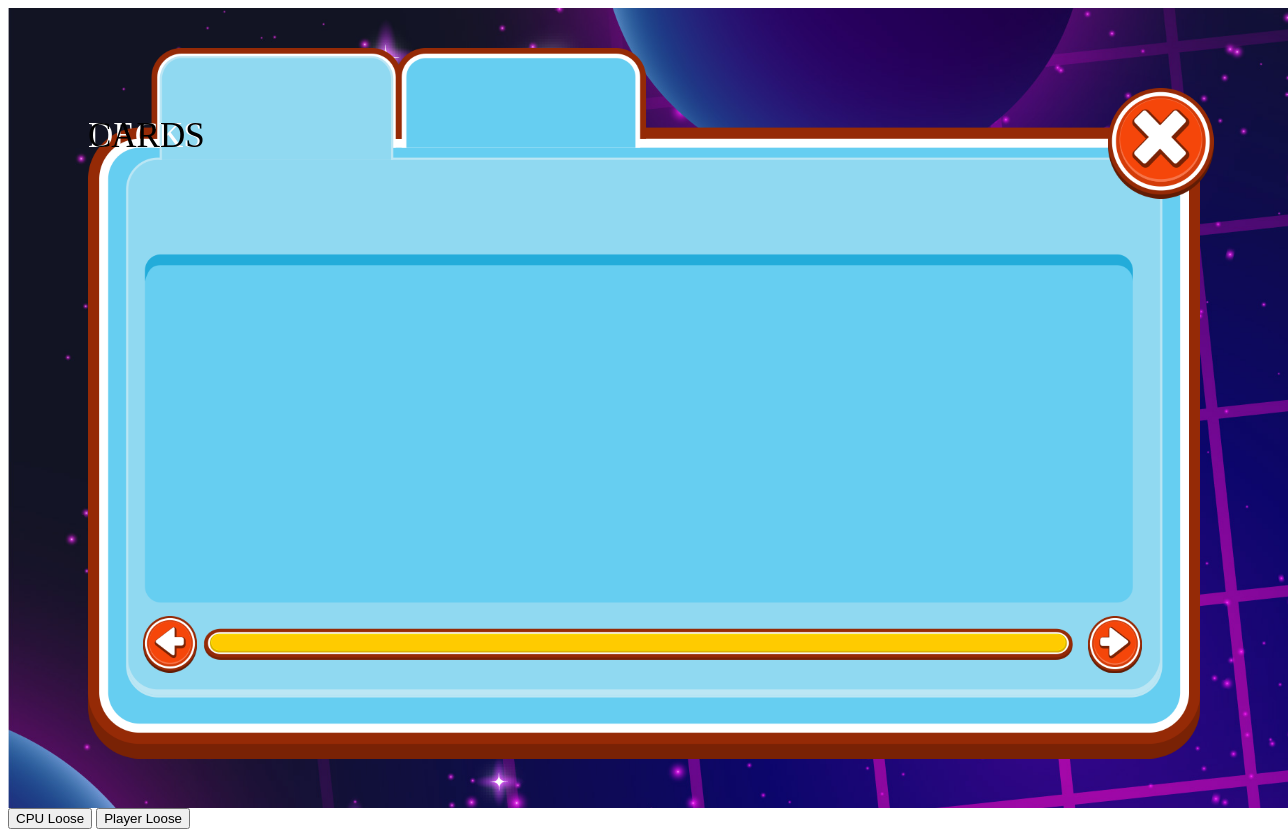
Repository: getvoiceagency/html5
Page: progress.html
The author's editor kept a record of every edit. The page is drawn from the files as they stood at one moment, then again after the next edit.
The browser window is 1280 px wide. The page is 1288 px wide, so the pictures cover 1288 px, including what lies to the right of the window. The pictures show the whole page.
Some web fonts or font styles are not loaded; a fallback is used. Some web libraries are served in a nearby version.

Above is the page before.

### progress.html
<html>
    <head>
        <title> </title>
        <script src="BattleCards.js"></script>
        <script src="https://cdnjs.cloudflare.com/ajax/libs/pixi.js/4.5.1/pixi.min.js"></script>
        <script src="https://cdnjs.cloudflare.com/ajax/libs/gsap/2.1.3/TweenMax.min.js"></script>
        <script src="https://cdnjs.cloudflare.com/ajax/libs/howler/2.1.2/howler.js"></script>
        <script src="https://cdnjs.cloudflare.com/ajax/libs/gsap/2.1.3/plugins/PixiPlugin.min.js"></script>
    </head>
     <style>
@import url('https://fonts.googleapis.com/css?family=McLaren&display=swap');
</style>
    <body>

<script>

/*global PIXI*/

//Render the main view
var renderer = PIXI.autoDetectRenderer(1280, 800,{});
    document.body.appendChild(renderer.view);

 // // Load the google fonts before starting...!
    window.WebFontConfig = {
        google: {
        families: ['McLaren',]
    },


};

// include the web-font loader script
/* jshint ignore:start */
       (function() {
        var wf = document.createElement('script');
        wf.src = ('https:' === document.location.protocol ? 'https' : 'http') +
        '://ajax.googleapis.com/ajax/libs/webfont/1/webfont.js';
        wf.type = 'text/javascript';
        wf.async = 'true';
        var s = document.getElementsByTagName('script')[0];
        s.parentNode.insertBefore(wf, s);
})();


    var  progress = new PIXI.Container();

    var container = new PIXI.Container();

// set container
//Set background
    progress.addChild(container);
    var landscapeTexture = PIXI.Texture.fromImage('2613089.jpg');
    var background = new PIXI.Sprite(landscapeTexture);

//Background to stage
    progress.addChild(background);

// Background positions
    background.anchor.x = 0;
    background.anchor.y = 0;
    background.position.x = 0;
    background.position.y = 0;
    background.scale.x =0.7;
    background.scale.y =0.7;

//construct the images
{
// menu-ui
         { var deckUi = PIXI.Sprite.fromImage('deck ui.png');
container.addChild(deckUi);
    }
    { var cancelUi = PIXI.Sprite.fromImage('cancel.png');
container.addChild(cancelUi);
    }

    { var arrowLeftUi = PIXI.Sprite.fromImage('arrow left.png');
container.addChild(arrowLeftUi);
    }

    { var arrowRightUi = PIXI.Sprite.fromImage('arrow right.png');
container.addChild(arrowRightUi);
    }

}

// Construct the text

 var cardText = new PIXI.Text('CARDS', { font: '35px McLaren', fill: 'black', align: 'center' });
var deckText = new PIXI.Text('DECKS', { font: '35px McLaren', fill: 'white', align: 'center' });


// set container
    container.x = 34;
    container.y = 10;

    //Position the menu
    deckUi.anchor.x = 0;
    deckUi.anchor.y = 0;
    deckUi.position.x = 80;
    deckUi.position.y = 40;
    deckUi.scale.x = 0.7;
    deckUi.scale.y = 0.7;

    //position cancel
    cancelUi.anchor.x = 0;
    cancelUi.anchor.y = 0;
    cancelUi.position.x = 1100;
    cancelUi.position.y = 80;
    cancelUi.scale.x = 0.7;
    cancelUi.scale.y = 0.7;

    //position arrow left
    arrowLeftUi.anchor.x = 0;
    arrowLeftUi.anchor.y = 0;
    arrowLeftUi.position.x = 135;
    arrowLeftUi.position.y = 608;
    arrowLeftUi.scale.x = 0.7;
    arrowLeftUi.scale.y = 0.7;

    // possition arrow right
    arrowRightUi.anchor.x = 0;
    arrowRightUi.anchor.y = 0;
    arrowRightUi.position.x = 1080;
    arrowRightUi.position.y = 608;
    arrowRightUi.scale.x = 0.7;
    arrowRightUi.scale.y = 0.7;


        // possition arrow right
    cardText.anchor.x = 0;
    cardText.anchor.y = 0;
    cardText.position.x = 080;
    cardText.position.y = 108;
    cardText.scale.x = 1.0;
    cardText.scale.y = 1.0;


        // possition arrow right
    deckText.anchor.x = 0;
    deckText.anchor.y = 0;
    deckText.position.x = 080;
    deckText.position.y = 108;
    deckText.scale.x = 1.0;
    deckText.scale.y = 1.0;




    //Paint images to screen

    progress.addChild(deckUi);
    progress.addChild(cancelUi);
    progress.addChild(arrowLeftUi);
    progress.addChild(arrowRightUi);
    progress.addChild(deckText);
    progress.addChild(cardText);


// start animating
    animate();

    function animate() {



    requestAnimationFrame(animate);

    // render the root container
    renderer.render(progress);
}
</script>


</body>
<button id="cpuLoose">CPU Loose</button>
<button id="playerLoose">Player Loose</button>



</html>

### BattleCards.js
"use strict";
//Player Card Stats
var plStar = 6;
var plHeart = 5;
var plDefence = 4;
var plBlue = 1;
var plOrange = 3;
var plGreen = 5;
var plHealth = 10;
var plTwistColour = "green";
//CPU card stats
var emStar = 8;
var emHeart = 6;
var emDefence = 5;
var emBlue = 3;
var emOrange = 4;
var emGreen = 6;
var emHealth = 10;
var emTwistColour = "green";
var plPower = 0;
var plTwist = 0;
var emPower = 0;
var emTwist = 0;
var plBonus = 0;
var emBonus = 0;
var winner = 0;
//Damage Mechanics
var dmgModel = 0;
var plResultPower = Math.max(plStar, plHeart, plDefence);
var plResultTwist = Math.max(plBlue, plOrange, plGreen);
var emResultPower = Math.max(emStar, emHeart, emDefence);
var emResultTwist = Math.max(emBlue, emOrange, emGreen);
if (plStar = plResultPower) {
    plPower = plResultPower;
    console.log(({ plPower: plPower }));
}
else if (plHeart = plResultPower) {
    plPower = plResultPower;
    console.log(({ plPower: plPower }));
}
else if (plDefence = plResultPower) {
    plPower = plResultPower;
    console.log(({ plPower: plPower }));
}
//Find which twist was the greater and add it's value to emTwist
if (plBlue = plResultTwist) {
    plTwist = plResultTwist;
    console.log(({ plTwist: plTwist }));
}
else if (plOrange = plResultTwist) {
    plTwist = plResultTwist;
    console.log(({ plTwist: plTwist }));
}
else if (plGreen = plResultTwist) {
    plTwist = plResultTwist;
    console.log(({ plTwist: plTwist }));
}
// CPU chooses
if (emStar = emResultPower) {
    emPower = emResultPower;
    console.log(({ emPower: emPower }));
}
else if (emHeart = emResultPower) {
    emPower = emResultPower;
    console.log(({ emPower: emPower }));
}
else if (emDefence = emResultPower) {
    emPower = emResultPower;
    console.log(({ emPower: emPower }));
}
//Find which twist was the greater and add it's value to emTwist
if (emBlue = emResultTwist) {
    emTwist = emResultTwist;
    console.log(({ emTwist: emTwist }));
}
else if (plOrange = emResultTwist) {
    emTwist = emResultTwist;
    console.log(({ emTwist: emTwist }));
}
else if (emGreen = emResultTwist) {
    emTwist = emResultTwist;
    console.log(({ emTwist: emTwist }));
}
//check for colours and add bonus to attack via plBonus
if (plTwistColour = "green", emTwistColour = "green") {
    plBonus = 2;
    emBonus = 1;
    console.log(({ emBonus: emBonus }));
}
else if (plTwistColour = "green", emTwistColour = "orange") {
    plBonus = 2;
    emBonus = 1;
    console.log(({ emTwist: emTwist }));
}
else if (plTwistColour = "green", emTwistColour = "blue") {
    plBonus = 2;
    emBonus = 1;
    console.log(({ emTwist: emTwist }));
}
else if (plTwistColour = "blue", emTwistColour = "blue") {
    plBonus = 2;
    emBonus = 1;
    console.log(({ emTwist: emTwist }));
}
else if (plTwistColour = "blue", emTwistColour = "orange") {
    plBonus = 2;
    emBonus = 1;
    console.log(({ emTwist: emTwist }));
}
else if (plTwistColour = "blue", emTwistColour = "green") {
    plBonus = 2;
    emBonus = 1;
    console.log(({ emTwist: emTwist }));
}
else if (plTwistColour = "orange", emTwistColour = "orange") {
    plBonus = 2;
    emBonus = 1;
    console.log(({ emTwist: emTwist }));
}
else if (plTwistColour = "orange", emTwistColour = "blue") {
    plBonus = 2;
    emBonus = 1;
    console.log(({ emTwist: emTwist }));
}
else if (plTwistColour = "orange", emTwistColour = "green") {
    plBonus = 2;
    emBonus = 1;
    console.log(({ emTwist: emTwist }));
}
// calculate based on card stats how much damage is done.
// calculate Attack Power
var plAttack = plPower + plTwist + plBonus;
var emAttack = emPower + emTwist + emBonus;
// Who has the highest attack power
if (plAttack > emAttack) {
    dmgModel = plAttack - emDefence;
    emHeart = emHeart - dmgModel;
    //if the card looses all health do 1dmg to cpu
    if (emHeart < 1) {
        emHealth = emHealth - 1;
        //sucky solution want booleen
        winner = 1;
    }
    // check cpu health for negative
    if (emHealth < 0) {
        emHealth = 0;
    }
    console.log(("Player won"));
}
else if (emAttack > plAttack) {
    dmgModel = emAttack - plDefence;
    plHeart = plHeart - dmgModel;
    if (plHeart < 1) {
        plHealth = plHealth - 1;
    }
    if (plHealth < 0) {
        plHealth = 0;
        winner = 2;
    }
    console.log(("CPU Won"));
}
else if (plAttack = emAttack) {
    console.log(("Draw"));
}
event;
//show me show me... lovely stats
console.log(({ plHealth: plHealth }));
console.log(({ emHealth: emHealth }));
console.log(({ plAttack: plAttack }));
console.log(({ emAttack: emAttack }));
console.log(({ dmgModel: dmgModel }));
console.log(({ plHeart: plHeart }));
console.log(({ emHeart: emHeart }));
//Console

After the next edit:
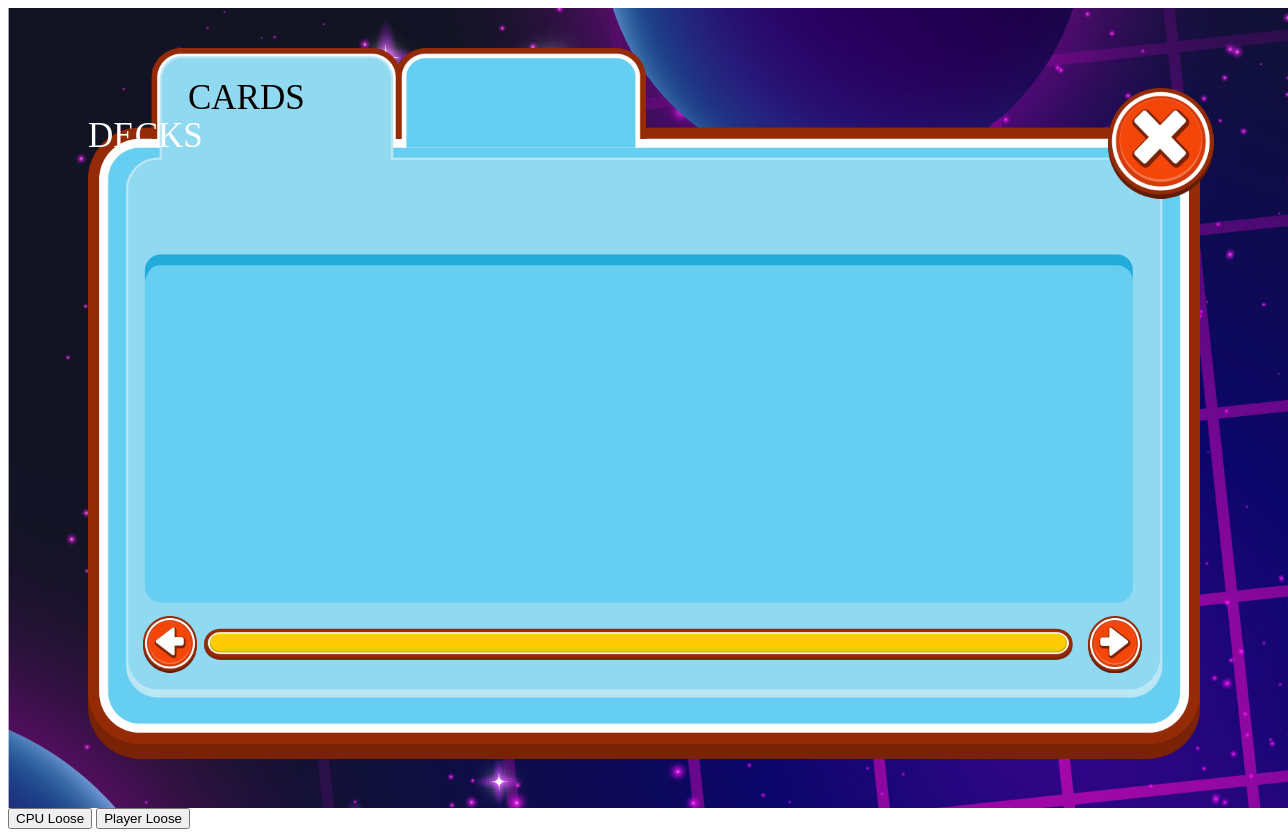
The edit:
--- a/progress.html
+++ b/progress.html
@@ -129,8 +129,8 @@
         // possition arrow right
     cardText.anchor.x = 0;
     cardText.anchor.y = 0;
-    cardText.position.x = 080;
-    cardText.position.y = 108;
+    cardText.position.x = 180;
+    cardText.position.y = 70;
     cardText.scale.x = 1.0;
     cardText.scale.y = 1.0;
 
